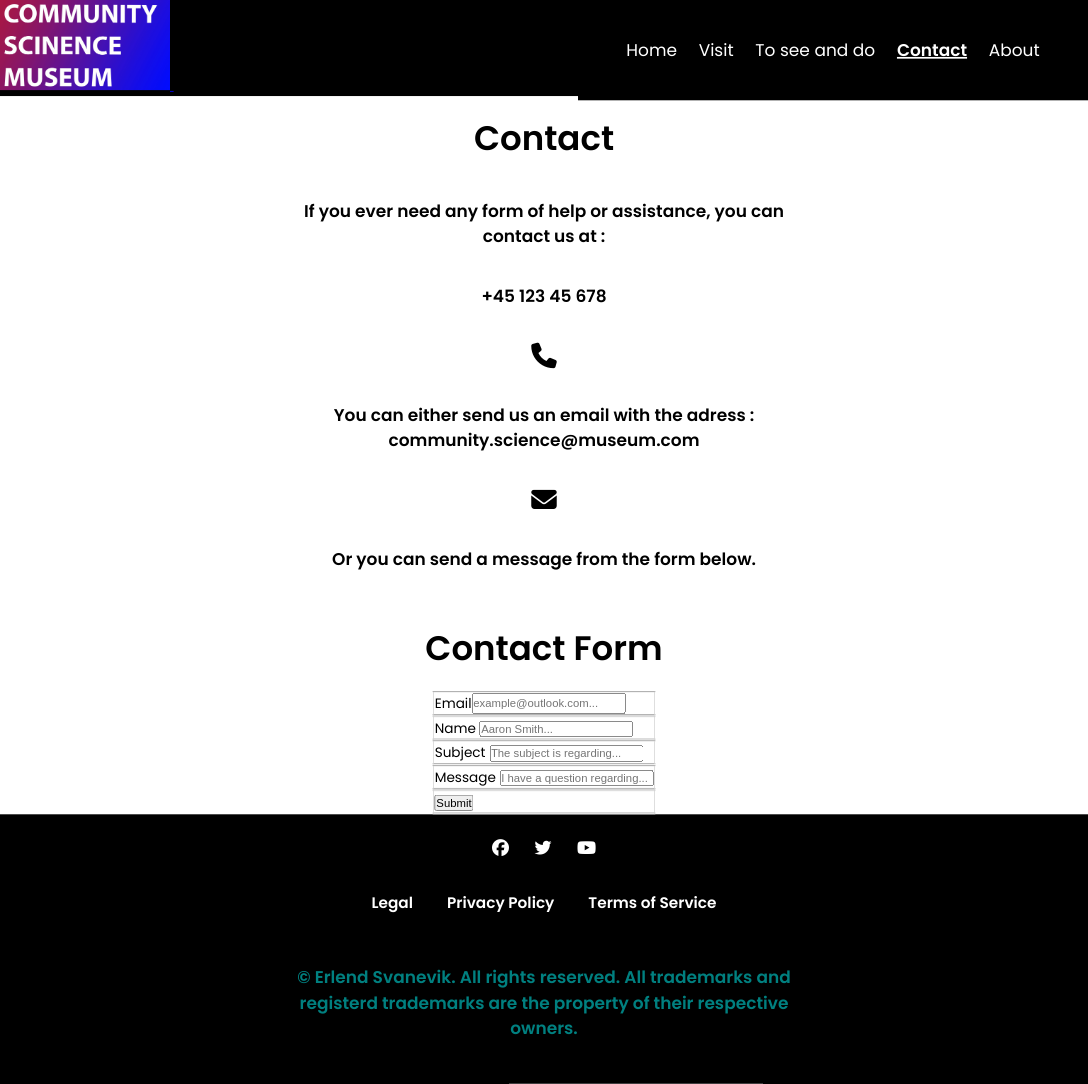
Repository: EpleWasTaken/Semester-Project
Page: contact.html
These files come from the project's save history. The page is drawn as it stood at one moment and after the next save; the edit follows.
The browser window is 1280 px wide. The pictures show the whole page, at 85% of full size.
Some web libraries are served in a nearby version.

Above is the page before, as saved 2020-12-11 22:15:16.

### contact.html
<!DOCTYPE html>
<html lang="en">
<head>
    <meta charset="UTF-8">
    <meta name="viewport" content="width=device-width, initial-scale=1.0">
    <meta name="keywords" content="museum, science museum, community museum">
    <meta name="author" content="Erlend Molvik Svanevik">
    <title>CMS Contact</title>

    <link rel="preconnect" href="https://fonts.gstatic.com">
    <link href="https://fonts.googleapis.com/css2?family=Poppins:ital,wght@0,100;0,200;0,300;0,400;0,500;0,600;1,100;1,200;1,300;1,400;1,500;1,600&display=swap" rel="stylesheet">
    <link rel="stylesheet" href="./css/styles.css">
    <link rel="stylesheet" href="./css/footer.css">
    <link rel="stylesheet" href="/css/hamburger.css">
    <script src="https://kit.fontawesome.com/cafca22d75.js" crossorigin="anonymous"></script>
</head>


<!--NAVIGAION, LOGO AND SEARCH BAR-->


<body>
    <header>
        <a href="index.html" aria-label="Go to frontpage">
            <img src="/Images/CommunityScienceMuseum.jpg" class="logo" alt="Community Science Museum logo">
        </a>
        <label class="hamburger-label" for="hamburger-menu" aria-label="Hamburger menu for navigation"><i class="fas fa-bars fa-2x"></i></label>
        <input type="checkbox" id="hamburger-menu">
        <nav>
            <ul class="nav">
                <li><a href="index.html" aria-label="Go to home page">Home</a></li>
                <li><a href="visit.html" aria-label="Go to the visit page">Visit</a></li>
                <li><a href="to-see-and-do.html" aria-label="Go to: To see and do">To see and do</a></li>
                <li><a href="contact.html" aria-label="Go to the contact page" class="active">Contact</a></li>
                <li><a href="about.html" aria-label="Go to the about page">About</a></li>
            </ul>
        </nav>
    </header>


<!---->

<main>
    <div class="contact-page">
        <div class="contact-items">
            <h2>Contact</h2>
            <p>If you ever need any form of help or assistance, you can contact us at :</p>
        </div>
        <div>
            <p>+45 123 45 678</p>
            <a href="#0" class="phone"><a class="fas fa-phone"></a>
        </div>
        <div>
            <p>You can either send us an email with the adress : community.science@museum.com</p>
            <a href="#0" class="mail"><a class="fas fa-envelope"></a>
            <p>Or you can send a message from the form below.</p>
        </div>
    </div>
    <div>
        <section class="contact-container">
            <section class="contact-form">
                <h2>Contact Form</h2>
                <form action="submit.php" method="GET">
                    <fieldset class="email">
                        <label for="email">Email</label>
                        <input type="email" name="email" placeholder="example@outlook.com...">
                    </fieldset>
                    <fieldset class="name">
                        <label for="name">Name</label>
                        <input type="text" name="name" placeholder="Aaron Smith...">
                    </fieldset>
                    <fieldset class="subject">
                        <label for="subject">Subject</label>
                        <input type="subject" name="subject" placeholder="The subject is regarding...">
                    </fieldset>
                    <fieldset class="message">
                        <label for="message">Message</label>
                        <input type="text" name="message" placeholder="I have a question regarding...">
                    </fieldset>
                    <fieldset class="submit">
                        <button class="btn-submit">Submit</button>
                    </fieldset>
                </form>
            </section>
        </section>
    </div>
</main>





    <footer class="footer">
        <div class="footer-container">
            <ul class="footer-social">
                <li>
                    <a href="#0" class="facebook"><i class="fab fa-facebook"></i></a>
                </li>
                <li>
                    <a href="#0" class="twitter"><i class="fab fa-twitter"></i></a>
                </li>
                <li>
                    <a href="#0" class="youtube"><i class="fab fa-youtube"></i></a>
                </li>
            </ul>
        </div>
        <div class="footer-container">
            <div class="footer-legal">
                <a href="#0">Legal</a>
                <a href="#0">Privacy Policy</a>
                <a href="#0">Terms of Service</a>
            </div>
            <div class="footer-copyright">
                <p>&copy; Erlend Svanevik. All rights reserved. All trademarks and registerd trademarks are the property of
                   their respective owners.</p>
            </div>
        </div>
    </footer>
</body>
</html>

### css/styles.css
* {
	margin: 0px;
	padding: 0px;
	box-sizing: border-box;
}

body {
	font-family: 'poppins', sans-serif;
	background: white;
}

nav {
	background-color: black;
}

header {
	background: black;
	min-height: ;
}

.logo {
	max-width: 100px;
}

a.fas.fa-phone,
a.fas.fa-envelope {
	display: flex;
	justify-content: center;
	align-items: center;
	font-size: 30px;
}

.contact-form {
	display: flex;
	flex-direction: column;
	justify-content: center;
	align-items: center;
	margin: auto;
}

.email {
	display: flex;
}

/* NAVIGATION/HAMBURGER MENU/CLICKEBLE
-------------------------------------------*/

/*PICTURES
-----------------------------------------------*/

.homepic,
.space,
.mammoth,
.people,
.science,
.ant {
	width: auto;
	max-width: 100%;
	height: auto;
	margin-bottom: 3vh;
}

/*TEXT/FONT/TEXT ALIGNMENY
--------------------------------------------------*/

h1 {
	display: flex;
	align-items: center;
	justify-content: center;
	margin-left: auto;
	margin-right: auto;
	font-weight: 600;
	font-size: 30px;
	margin: 40px;
	text-align: center;
}

h2 {
	display: flex;
	align-items: center;
	justify-content: center;
	margin-left: auto;
	margin-right: auto;
	font-weight: 600;
	font-size: 25px;
	margin: 40px;
	text-align: center;
}

h3 {
	display: flex;
	align-items: center;
	justify-content: center;
	font-weight: 600;
	font-size: 20px;
	margin: 40px;
	text-align: center;
}

p {
	display: flex;
	align-items: center;
	justify-content: center;
	font-weight: 600;
	font-size: 15px;
	margin: 40px;
	max-width: 70%;
	margin-left: auto;
	margin-right: auto;
	text-align: center;
}

.open-hours p {
	margin: 20px;
	margin-left: auto;
	margin-right: auto;
	align-items: center;
	justify-content: center;
	text-align: center;
}

.contact-container {
	display: flex;
	flex-direction: row;
	align-items: center;
}

.mail {
	display: flex;
	justify-content: center;
	align-items: center;
}

/* GRID Container */
.visit {
	display: flexbox;
	flex-direction: column;
}

@media screen and (min-width: 1024px) {
	body {
		font-family: 'poppins', sans-serif;
		font-weight: 400;
	}

	.logo {
		max-width: 200px;
	}

	.homepic {
		display: flex;
		flex-direction: column;
		justify-content: center;
		align-items: center;
		max-width: 1664px;
		margin-left: auto;
		margin-right: auto;
	}

	h1,
	h2,
	h3,
	p {
		display: flex;
		align-items: center;
		justify-content: center;
	}

	h1 {
		font-size: 60px;
		margin: 40px;
	}

	h2 {
		font-size: 40px;
		margin: 20px;
	}

	h3 {
		font-size: 30px;
		margin: 15px;
	}

	p {
		font-size: 20px;
		margin: 40px;
		max-width: 50%;
		margin-left: auto;
		margin-right: auto;
	}

	.space,
	.mammoth,
	.people,
	.science,
	.ant {
		display: flex;
		left: 0;
		right: 0;
		max-width: 800px;
		justify-content: center;
		align-items: center;
		margin: auto;
		padding: 4vh;
	}
}

### css/footer.css
/* FOOTER */

* {
	padding: 0;
	margin: 0;
	box-sizing: border-box;
}

footer {
	display: flex;
	flex-direction: column;
	justify-content: center;
	align-items: center;
	background-color: black;
	font-family: 'Poppins', sans-serif;
	font-weight: 600;
	padding: 10px;
}

.footer-container {
	display: flex;
	flex-direction: column;
	justify-content: center;
	align-items: center;
}

.footer-social {
	font-size: 35px;
}

.footer-social li a {
	color: white;
}

.footer-legal {
	display: flex;
	flex-direction: column;
	text-decoration: none;
	align-items: center;
	justify-content: center;
	font-size: 20px;
}

.footer-legal a {
	display: flex;
	text-decoration: none;
	flex-direction: row;
	padding: 15px;
}

.footer-social li a.facebook:hover {
	color: #3b5998;
}

.footer-social li a.twitter:hover {
	color: #00acee;
}

.footer-social li a.youtube:hover {
	color: #c4302b;
}

.footer-legal a {
	color: white;
}

.footer-legal a:hover {
	color: #008080;
}

.footer-copyright {
	display: flex;
	flex-direction: column;
	text-decoration: none;
	justify-content: center;
	align-items: center;
	text-align: center;
	font-size: 14px;
	color: #008080;
}

ul {
	list-style: none;
}

@media screen and (min-width: 1024px) {
	.footer-legal {
		display: flex;
		flex-direction: row;
		justify-content: center;
		align-items: center;
		font-size: 18px;
	}

	.footer-legal a {
		display: flex;
		flex-direction: row;
		justify-content: center;
		align-items: center;
		padding: 20px;
	}

	.footer-social {
		display: flex;
		flex-direction: row;
		justify-content: center;
		align-items: center;
		text-decoration: none;
	}

	.footer-container {
		text-decoration: none;
	}

	.footer-social li {
		display: flex;
		flex-direction: row;
		text-decoration: none;
		margin: 15px;
	}
}

### css/hamburger.css
* {
	margin: 0px;
	padding: 0px;
	box-sizing: border-box;
}

nav,
#hamburger-menu {
	display: none;
	z-index: 1;
}

nav ul {
	padding: 0px;
}

nav li {
	display: block;
}

ul a {
	margin: 10px;
	font-size: 20px;
}

nav a {
	text-decoration: none;
	color: white;
	display: block;
	justify-content: center;
	align-items: center;
}

.nav {
	display: block;
	position: absolute;
	justify-content: space-between;
	padding: ;
	right: 0;
	top: 5;
	height: 100%;
	width: 100%;
	background-color: black;
	text-align: center;
}

.hamburger-label {
	color: #fff;
	padding: 10px;
	font: 1.5em;
	display: block;
	position: absolute;
	right: 0;
	top: 0px;
}

.active {
	font-weight: 600;
	text-decoration: underline;
}

#hamburger-menu:checked ~ nav {
	display: flex;
}

@media screen and (min-width: 1024px) {
	nav {
		display: inline-block;
	}

	.active {
		font-weight: 600;
		text-decoration: underline;
	}

	.hamburger-label {
		display: none;
	}

	nav ul {
		padding: 0px;
		color: #fff;
		font: 1.5em;
		display: flex;
		position: absolute;
		right: 0;
		top: 0px;
		min-width: 600px;
		align-items: center;
		padding: 44px;
	}

	nav li {
		display: block;
	}

	nav a {
		text-decoration: none;
		color: white;
		display: block;
	}

	.nav {
		display: flex;
		justify-content: space-around;
		text-decoration: none;
		background-color: black;
		height: auto;
		width: auto;
		margin: auto;
	}

	ul a {
		margin: auto;
	}
}

After the next save:
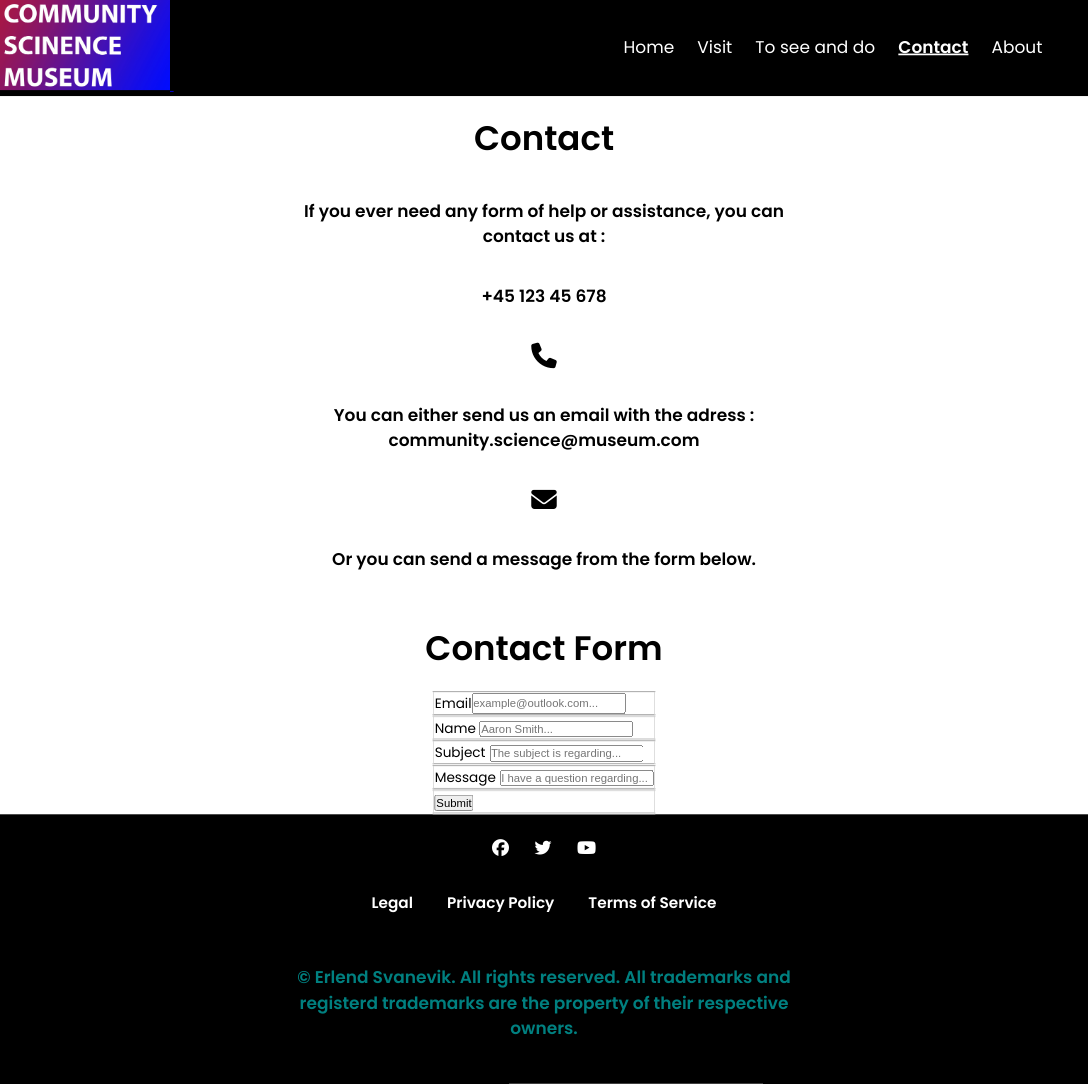
Saved 22 s later.
--- a/css/hamburger.css
+++ b/css/hamburger.css
@@ -87,7 +87,7 @@ nav a {
 		top: 0px;
 		min-width: 600px;
 		align-items: center;
-		padding: 44px;
+		padding: 40px;
 	}
 
 	nav li {
